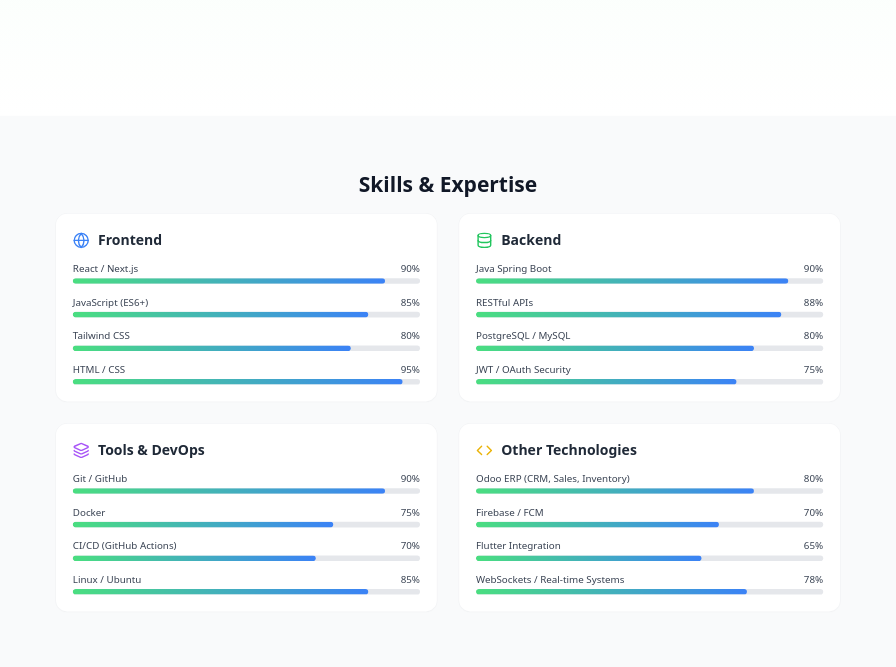
Repository: mbuguag/Portfolio
Page: /
These files come from the project's save history. The page is drawn as it stood at one moment and after the next save; the edit follows.
The browser window is 1280 px wide. The pictures show the part of the page from y = 619 to 2539 px (the page is 1572 px tall before and 3301 px after), at 70% of full size.
The project was rebuilt for these pictures with package versions that can differ from the ones it lists, and the page was loaded fresh each time. Also part of the build but not shown: vite.config.js, src/pages/Resume.jsx.

Above is the page before, as saved 2025-10-24 12:13:35.

### index.html
<!doctype html>
<html lang="en">
  <head>
    <meta charset="UTF-8" />
    <link rel="icon" type="image/svg+xml" href="/vite.svg" />
    <meta name="viewport" content="width=device-width, initial-scale=1.0" />
    <title>dev-portfolio</title>
  </head>
  <body>
    <div id="root"></div>
    <script type="module" src="/src/main.jsx"></script>
  </body>
</html>

### src/main.jsx
import React from "react";
import ReactDOM from "react-dom/client";
import App from "./App";
import "./index.css";
import ThemeProvider from "./context/ThemeContext";

ReactDOM.createRoot(document.getElementById("root")).render(
  <React.StrictMode>
    <ThemeProvider>
      <App />
    </ThemeProvider>
  </React.StrictMode>
);

### src/App.jsx
import { BrowserRouter as Router, Routes, Route } from "react-router-dom";
import Navbar from "./components/Navbar";
import Home from "./pages/Home";
import About from "./pages/About";
import Resume from "./pages/Resume";
import Projects from "./pages/Projects";
import Contact from "./pages/Contact";
import { AnimatePresence } from "framer-motion";

function App() {
  return (
    <Router>
      <Navbar />
      <div className="pt-16">
        <AnimatePresence mode="wait">
          <Routes>
            <Route path="/" element={<Home />} />
            <Route path="/about" element={<About />} />
            <Route path="/resume" element={<Resume />} />
            <Route path="/projects" element={<Projects />} />
            <Route path="/contact" element={<Contact />} />
          </Routes>
        </AnimatePresence>
      </div>
    </Router>
  );
}

export default App;

### src/index.css
@tailwind base;
@tailwind components;
@tailwind utilities;

/* Global */
:root {
  scroll-behavior: smooth;
}

body {
  @apply bg-white text-gray-900 dark:bg-gray-900 dark:text-gray-100 font-sans;
}

/* container helper */
.container {
  @apply max-w-6xl mx-auto px-4;
}

/* small utility */
.section-title {
  @apply text-3xl font-semibold mb-6;
}

.card {
  @apply bg-white dark:bg-gray-800 rounded-xl shadow-sm overflow-hidden;
}

### src/context/ThemeContext.jsx
import React, { createContext, useEffect, useState } from "react";

export const ThemeContext = createContext();

export default function ThemeProvider({ children }) {
  const [theme, setTheme] = useState(() => localStorage.getItem("theme") || "light");

  useEffect(() => {
    document.documentElement.classList.toggle("dark", theme === "dark");
    localStorage.setItem("theme", theme);
  }, [theme]);

  const toggleTheme = () => setTheme((prev) => (prev === "light" ? "dark" : "light"));

  return (
    <ThemeContext.Provider value={{ theme, toggleTheme }}>
      {children}
    </ThemeContext.Provider>
  );
}

### src/components/Navbar.jsx
import { NavLink } from "react-router-dom";

const Navbar = () => {
  const linkClass = ({ isActive }) =>
    `hover:text-green-400 transition-colors ${
      isActive ? "text-green-400 font-semibold" : "text-gray-200"
    }`;

  return (
    <nav className="fixed top-0 left-0 w-full bg-black/70 backdrop-blur-lg text-white z-50 shadow-lg">
      <div className="container mx-auto flex justify-between items-center px-6 py-4">
        <NavLink to="/" className="text-xl font-bold text-green-400">
          Mbugua.dev
        </NavLink>
        <div className="space-x-6">
          <NavLink to="/" className={linkClass}>Home</NavLink>
          <NavLink to="/about" className={linkClass}>About</NavLink>
          <NavLink to="/resume" className={linkClass}>Resume</NavLink>
          <NavLink to="/projects" className={linkClass}>Projects</NavLink>
          <NavLink to="/contact" className={linkClass}>Contact</NavLink>
        </div>
      </div>
    </nav>
  );
};

export default Navbar;

### src/pages/Home.jsx
import React from "react";
import Hero from "../components/Hero";
import Skills from "../components/Skills";

export default function Home() {
  return (
    <main>
      <Hero />
      <Skills />
    </main>
  );
}

### src/components/Hero.jsx
import React from "react";

export default function Hero() {
  return (
    <section id="home" className="min-h-screen flex items-center justify-center bg-gradient-to-b from-green-50 to-white dark:from-gray-900 dark:to-gray-800">
      <div className="text-center space-y-6 px-6">
        <h1 className="text-4xl md:text-6xl font-extrabold text-gray-900 dark:text-white">
          Hi, I’m <span className="text-green-600 dark:text-green-400">Joseph Mbugua</span>
        </h1>
        <p className="text-lg md:text-xl text-gray-600 dark:text-gray-300">
          Software Engineer | Java Spring Boot | React | Odoo ERP Integration
        </p>
        <div className="flex justify-center gap-4">
          <a
            href="#projects"
            className="bg-green-600 text-white px-6 py-3 rounded-lg shadow hover:bg-green-700 transition"
          >
            View My Work
          </a>
          <a
            href="#contact"
            className="border border-green-600 text-green-600 dark:text-green-400 px-6 py-3 rounded-lg hover:bg-green-600 hover:text-white transition"
          >
            Contact Me
          </a>
        </div>
      </div>
    </section>
  );
}

### src/components/Skills.jsx
import React from "react";
import { motion } from "framer-motion";
import { Code, Database, Globe, Layers } from "lucide-react";

const skillsData = [
  {
    category: "Frontend",
    icon: <Globe className="w-6 h-6 text-blue-500" />,
    skills: [
      { name: "React / Next.js", level: 90 },
      { name: "JavaScript (ES6+)", level: 85 },
      { name: "Tailwind CSS", level: 80 },
      { name: "HTML / CSS", level: 95 },
    ],
  },
  {
    category: "Backend",
    icon: <Database className="w-6 h-6 text-green-500" />,
    skills: [
      { name: "Java Spring Boot", level: 90 },
      { name: "RESTful APIs", level: 88 },
      { name: "PostgreSQL / MySQL", level: 80 },
      { name: "JWT / OAuth Security", level: 75 },
    ],
  },
  {
    category: "Tools & DevOps",
    icon: <Layers className="w-6 h-6 text-purple-500" />,
    skills: [
      { name: "Git / GitHub", level: 90 },
      { name: "Docker", level: 75 },
      { name: "CI/CD (GitHub Actions)", level: 70 },
      { name: "Linux / Ubuntu", level: 85 },
    ],
  },
  {
    category: "Other Technologies",
    icon: <Code className="w-6 h-6 text-yellow-500" />,
    skills: [
      { name: "Odoo ERP (CRM, Sales, Inventory)", level: 80 },
      { name: "Firebase / FCM", level: 70 },
      { name: "Flutter Integration", level: 65 },
      { name: "WebSockets / Real-time Systems", level: 78 },
    ],
  },
];

export default function Skills() {
  return (
    <section id="skills" className="py-20 bg-gray-50 dark:bg-gray-950 transition-colors">
      <div className="container">
        <motion.h2
          className="section-title text-center mb-12"
          initial={{ opacity: 0, y: 20 }}
          whileInView={{ opacity: 1, y: 0 }}
          transition={{ duration: 0.6 }}
          viewport={{ once: true }}
        >
          Skills & Expertise
        </motion.h2>

        <div className="grid md:grid-cols-2 lg:grid-cols-2 gap-8">
          {skillsData.map((group, i) => (
            <motion.div
              key={i}
              className="p-6 rounded-2xl bg-white dark:bg-gray-900 shadow-sm ring-1 ring-gray-100 dark:ring-gray-800"
              initial={{ opacity: 0, y: 40 }}
              whileInView={{ opacity: 1, y: 0 }}
              transition={{ duration: 0.6, delay: i * 0.1 }}
              viewport={{ once: true }}
            >
              <div className="flex items-center gap-3 mb-4">
                {group.icon}
                <h3 className="text-xl font-semibold text-gray-800 dark:text-gray-200">
                  {group.category}
                </h3>
              </div>

              <div className="space-y-4">
                {group.skills.map((skill, j) => (
                  <div key={j}>
                    <div className="flex justify-between mb-1 text-sm text-gray-700 dark:text-gray-300">
                      <span>{skill.name}</span>
                      <span>{skill.level}%</span>
                    </div>
                    <div className="h-2 w-full bg-gray-200 dark:bg-gray-800 rounded-full overflow-hidden">
                      <motion.div
                        className="h-full bg-gradient-to-r from-green-400 to-blue-500 rounded-full"
                        initial={{ width: 0 }}
                        whileInView={{ width: `${skill.level}%` }}
                        transition={{ duration: 1, ease: "easeOut" }}
                        viewport={{ once: true }}
                      />
                    </div>
                  </div>
                ))}
              </div>
            </motion.div>
          ))}
        </div>
      </div>
    </section>
  );
}

### src/components/About.jsx
import React from "react";

export default function About() {
  return (
    <section id="about" className="py-20">
      <div className="container grid md:grid-cols-2 gap-10 items-center">
        <div>
          <h2 className="section-title">About Me</h2>
          <p className="text-gray-700 dark:text-gray-300 leading-relaxed">
            I'm Joseph — a software engineer with practical experience building
            Java Spring Boot backends and React frontends.
            I enjoy designing systems that solve real-world problems and integrating
            them with tools like Odoo ERP.
          </p>

          <ul className="mt-6 grid grid-cols-2 gap-2 text-sm text-gray-600 dark:text-gray-400">
            <li><strong>Location:</strong> Nairobi, Kenya</li>
            <li><strong>Availability:</strong> Open to opportunities</li>
            <li><strong>Email:</strong> mbuguajoseph498@gmail.com</li>
            <li><strong>GitHub:</strong> github.com/mbuguag</li>
          </ul>
        </div>

        <div className="flex justify-center">
          <div className="w-56 h-56 rounded-xl overflow-hidden ring-1 ring-gray-200 dark:ring-gray-700">
            <img
              src="/Profile.jpg"
              alt="Joseph Mbugua"
              className="w-full h-full object-cover"
            />
          </div>
        </div>
      </div>
    </section>
  );
}

### src/components/Projects.jsx
const projects = [
  {
    title: "Ecoviron E-commerce",
    description: "An eco-products e-commerce platform built with HTML5, CSS , JavaScript & Spring Boot backend.",
    image: "/Bionix.png",
    link: "https://www.bionix-hse.co.ke",
  },
  {
    title: "Odoo ERP Customization",
    description: "Implemented Odoo modules for CRM, Sales, Inventory & HR for business automation.",
    image: "/Odoo.png",
    link: "#",
  },
];

export default function Projects() {
  return (
    <section id="projects" className="py-20 container">
      <h2 className="text-3xl font-bold mb-10 text-center">Projects</h2>
      <div className="grid md:grid-cols-2 gap-8">
        {projects.map((proj) => (
          <div key={proj.title} className="bg-white dark:bg-gray-800 rounded-xl shadow-lg overflow-hidden">
            <img src={proj.image} alt={proj.title} className="w-full h-56 object-cover" />
            <div className="p-6">
              <h3 className="text-2xl font-semibold mb-2">{proj.title}</h3>
              <p className="text-gray-600 dark:text-gray-300 mb-4">{proj.description}</p>
              <a href={proj.link} target="_blank" className="text-blue-600 hover:text-blue-800 dark:text-blue-400 dark:hover:text-blue-200">View Project →</a>
            </div>
          </div>
        ))}
      </div>
    </section>
  );
}

### src/components/Contact.jsx
import React, { useRef, useState } from "react";
import emailjs from "emailjs-com";
import Reveal from "./Reveal";

export default function Contact() {
  const form = useRef();
  const [sent, setSent] = useState(false);

  const sendEmail = (e) => {
    e.preventDefault();

    emailjs
      .sendForm(
        "YOUR_SERVICE_ID",
        "YOUR_TEMPLATE_ID",
        form.current,
        "YOUR_PUBLIC_KEY"
      )
      .then(
        () => setSent(true),
        (error) => console.error(error)
      );
  };

  return (
    <section id="contact" className="py-20 bg-gray-50 dark:bg-gray-900">
      <div className="container max-w-3xl text-center">
        <Reveal>
          <h2 className="section-title">Get In Touch</h2>
          <p className="text-gray-600 dark:text-gray-400 mb-8">
            Let’s connect! I’m open to collaborations, projects, and opportunities.
          </p>

          <form ref={form} onSubmit={sendEmail} className="space-y-4">
            <input
              name="user_name"
              type="text"
              placeholder="Your Name"
              required
              className="w-full p-3 rounded-lg border border-gray-300 dark:border-gray-700 bg-white dark:bg-gray-800"
            />
            <input
              name="user_email"
              type="email"
              placeholder="Your Email"
              required
              className="w-full p-3 rounded-lg border border-gray-300 dark:border-gray-700 bg-white dark:bg-gray-800"
            />
            <textarea
              name="message"
              rows="5"
              placeholder="Your Message"
              required
              className="w-full p-3 rounded-lg border border-gray-300 dark:border-gray-700 bg-white dark:bg-gray-800"
            ></textarea>
            <button
              type="submit"
              className="w-full bg-green-600 text-white py-3 rounded-lg hover:bg-green-700 transition"
            >
              {sent ? "Message Sent!" : "Send Message"}
            </button>
          </form>
        </Reveal>
      </div>
    </section>
  );
}

### src/components/Footer.jsx
export default function Footer() {
  return (
    <footer className="py-6 text-center text-gray-500 dark:text-gray-400 border-t border-gray-200 dark:border-gray-700">
      © {new Date().getFullYear()} Joseph Mbugua Gitau. All rights reserved.
    </footer>
  );
}

### src/components/Reveal.jsx
import React from "react";
import { motion } from "framer-motion";

export default function Reveal({ children, delay = 0 }) {
  return (
    <motion.div
      initial={{ opacity: 0, y: 50 }}
      whileInView={{ opacity: 1, y: 0 }}
      transition={{ duration: 0.6, delay }}
      viewport={{ once: true }}
    >
      {children}
    </motion.div>
  );
}

Loaded but not shown: tailwind.config.js (common file); src/pages/About.jsx (no stored copy; drawn as an empty file); src/pages/Projects.jsx (no stored copy; drawn as an empty file); src/pages/Contact.jsx (no stored copy; drawn as an empty file)

After the next save:
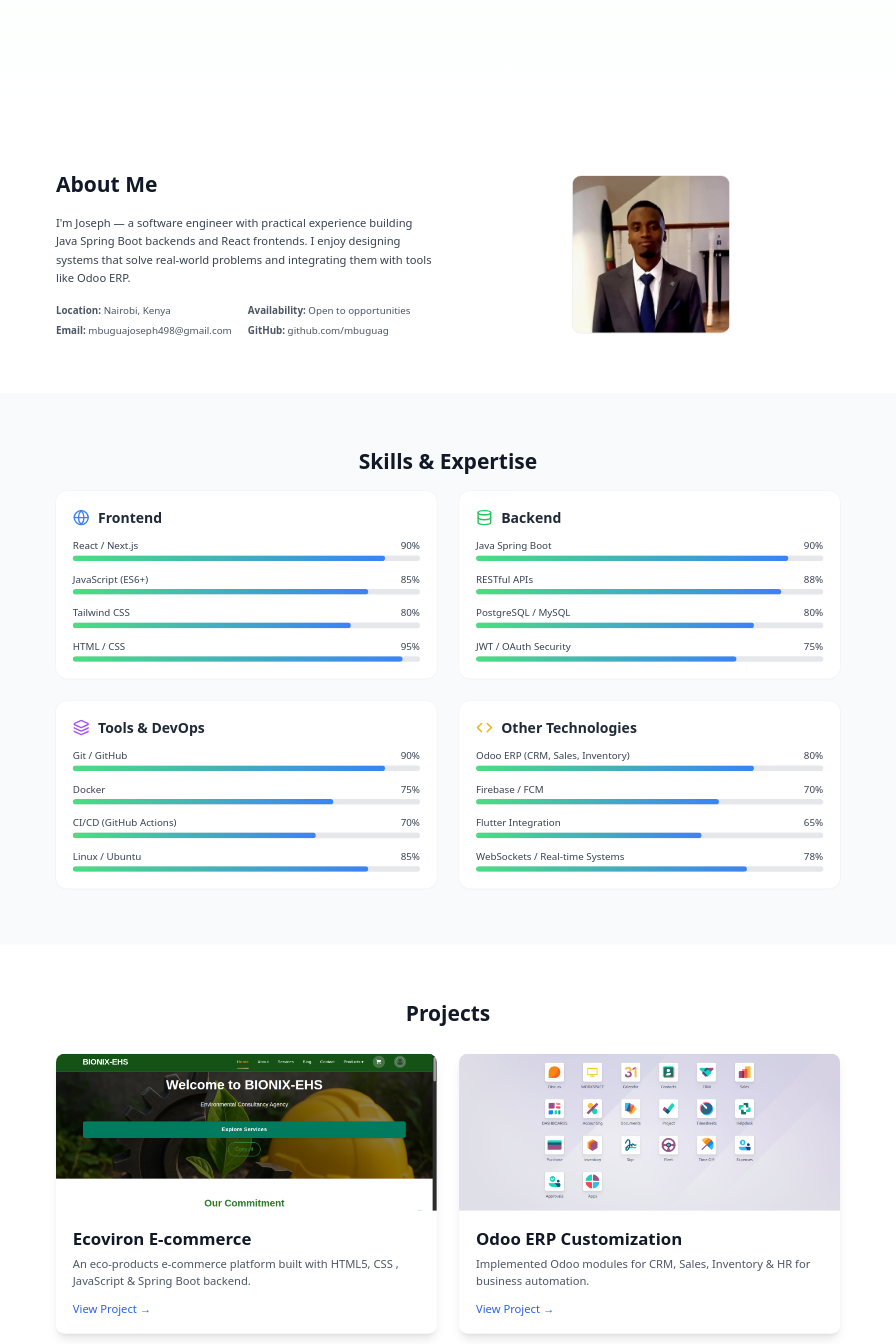
Saved 53 s later.
--- a/src/pages/Home.jsx
+++ b/src/pages/Home.jsx
@@ -1,12 +1,28 @@
-import React from "react";
+import { motion } from "framer-motion";
 import Hero from "../components/Hero";
+import About from "../components/About";
 import Skills from "../components/Skills";
+import Projects from "../components/Projects";
+import Contact from "../components/Contact";
+import Footer from "../components/Footer";
 
-export default function Home() {
+const Home = () => {
   return (
-    <main>
+    <motion.div
+      key="home"
+      initial={{ opacity: 0, y: 20 }}
+      animate={{ opacity: 1, y: 0 }}
+      exit={{ opacity: 0, y: -20 }}
+      transition={{ duration: 0.4 }}
+    >
       <Hero />
+      <About />
       <Skills />
-    </main>
+      <Projects />
+      <Contact />
+      <Footer />
+    </motion.div>
   );
-}
+};
+
+export default Home;
